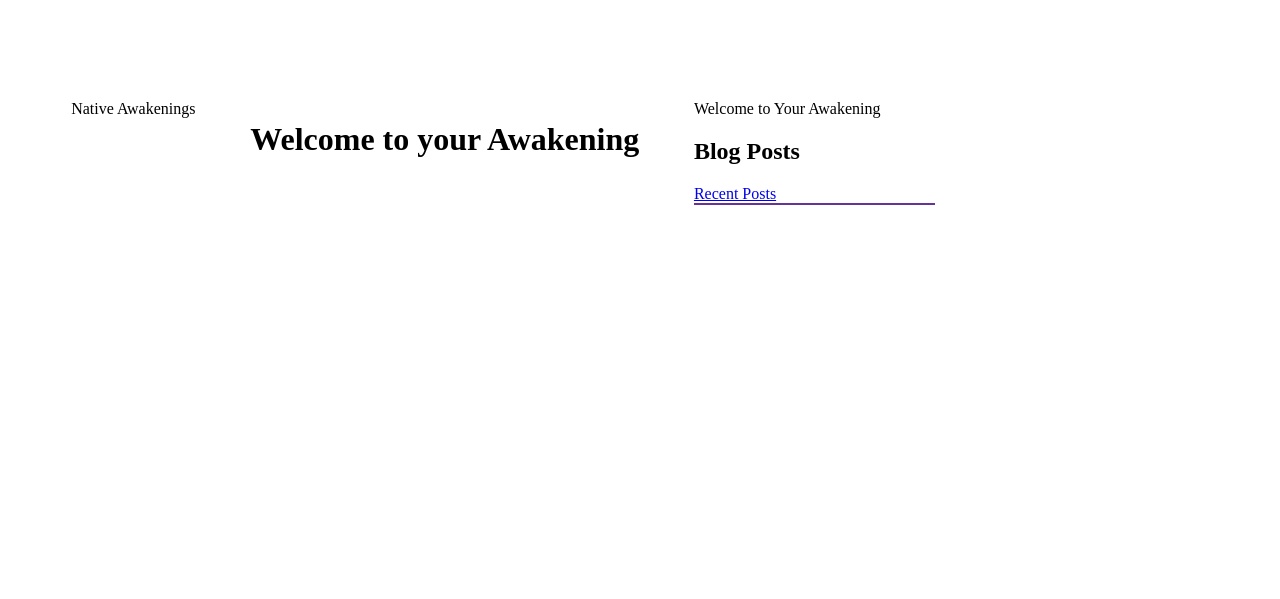
Repository: Gregg-Hendrix/blog-project
Page: index.html
The author's editor kept a copy of each file at every save. The page is drawn from the files as they stood at one save, then again after a run of saves.
The browser window is 1280 px wide. The pictures show the whole page.

Above is the page before, as saved 2021-03-15 13:47:52.

### index.html
<!DOCTYPE html>
<html lang="en">
    <head>
        <meta charset="utf-8">
        <title>Native Awakenings</title>
        <meta content="width=device-width, initial-scale=1, maximum-scale=1" name="viewport"/>
        <link rel="stylesheet" href="stylesheet.css">

         </head>
    <body>
        <! -- This aligns the items to the top of the screen -->
        <div class="container">
            <header>Native Awakenings</header>
            <h1>Welcome to your Awakening</h1>
            <nav>
            <article>Welcome to Your Awakening</article>
            <sidebar><h1>Blog Posts</h1><a href="meditation.html">Recent Posts</a></sidebar>
            <div class="content box">
            </div>
            <footer>
        </div>
    </body>
</html>

### stylesheet.css
.header{
    display: flex;
        flex-direction: row;
        justify-content: center;
        border: indigo;
}
.intro{
    display: flex;
        flex-direction: row;
        justify-content: center;
        border: indigo;
}
.container{
    display: grid;
    width: 90%;
    margin: auto;
    margin-top: 100px;
    grid-template-columns: 40px repeat(7 1fr);
    grid-template-rows: 60px 400px 1fr;
    grid-template-areas:
    "hd hd hd hd hd hd hd hd"
    "sd main main main main main main main"
    "ft ft ft ft ft ft ft ft";
}

    .box {
        border: 1px solid rebeccapurple;
        background: #F8FA9D;
    }

    .header{
        grid-area: hd;
    }

    .sidebar{
        grid-area: sd;
    }

    .content{
        grid-area: main;
    }

    .footer{
        grid-area: ft;
    }

After the next 4 saves:
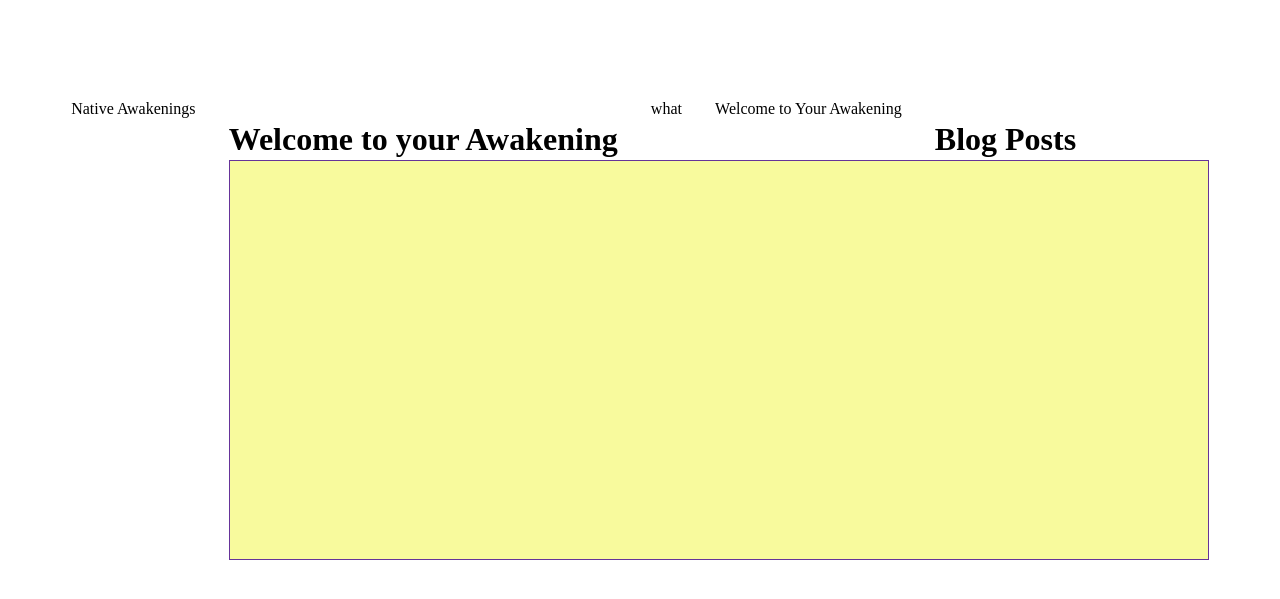
The 4 saves are shown as one change because they came seconds apart.
The last was saved 18 s later.
--- a/index.html
+++ b/index.html
@@ -12,7 +12,7 @@
         <div class="container">
             <header>Native Awakenings</header>
             <h1>Welcome to your Awakening</h1>
-            <nav>
+            <nav>what</nav>
             <article>Welcome to Your Awakening</article>
             <sidebar><h1>Blog Posts</h1><a href="meditation.html">Recent Posts</a></sidebar>
             <div class="content box">
